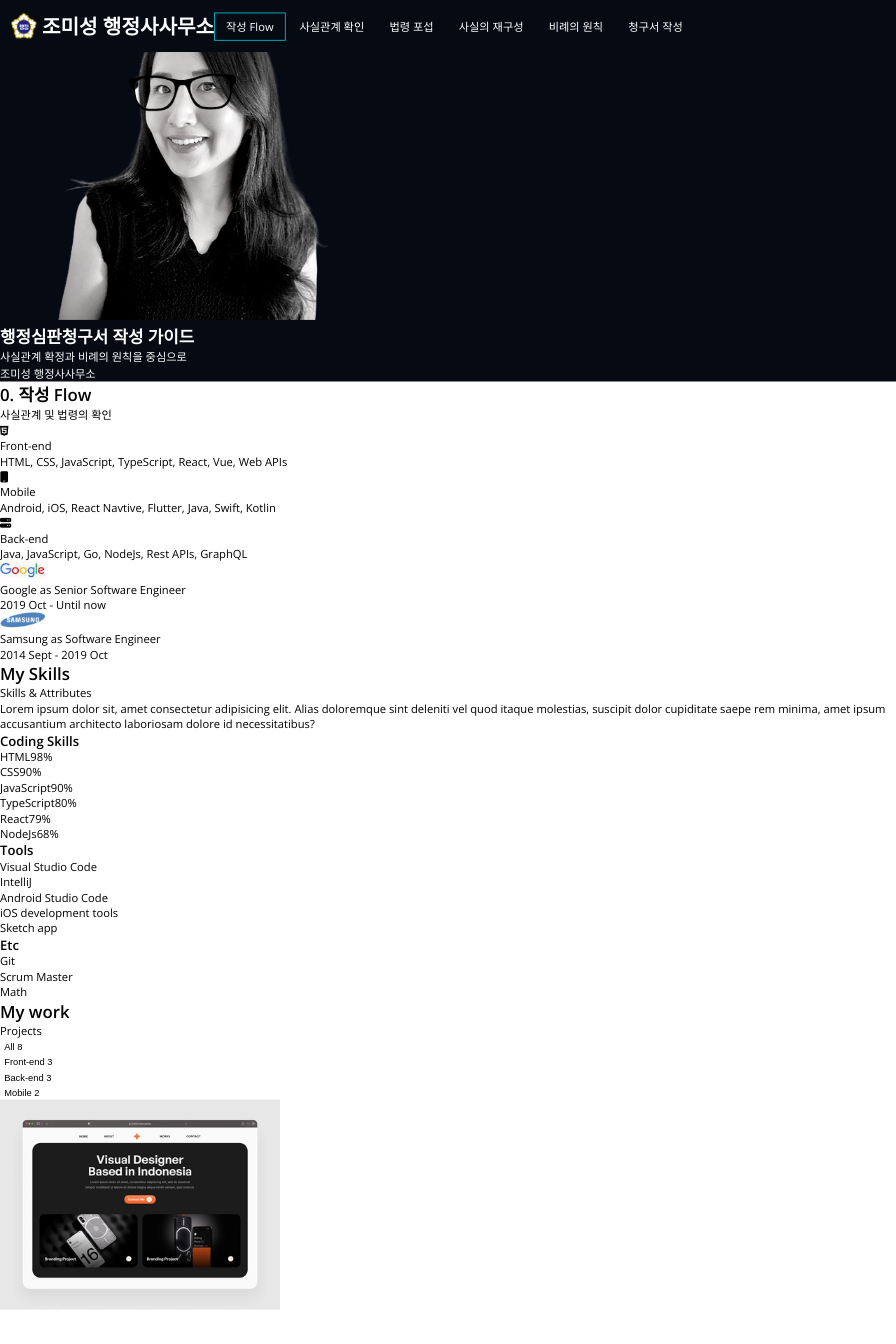
Repository: eggmoon/eggmoon_new
Page: index.html
An editor plug-in stored every save of this project. The page is shown before and after the next save, followed by the edit.
The browser window is 1280 px wide. The pictures show the part of the page from y = 0 to 1920 px (the page is 5548 px tall before and 5708 px after), at 70% of full size.
Some web libraries are served in a nearby version.

Above is the page before, as saved 2025-02-26 10:34:59.

After the next save:
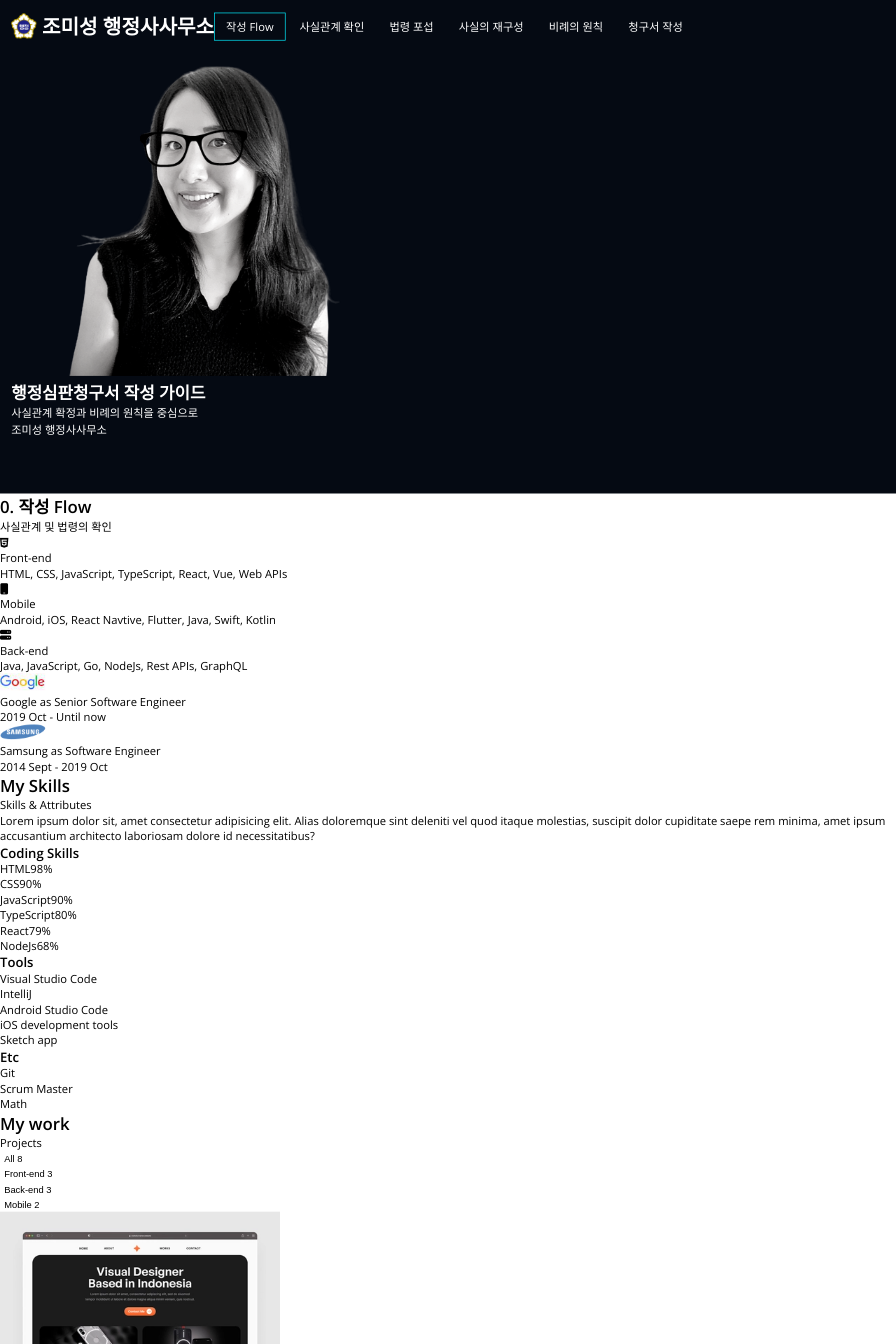
Saved 7 s later.
--- a/css/style.css
+++ b/css/style.css
@@ -87,7 +87,7 @@
 #home{
   background-color: var(--color-primary);
   color: var(--color-text);
-  bo
+  padding: 5rem 1rem;
 }
 .home__title{
 
